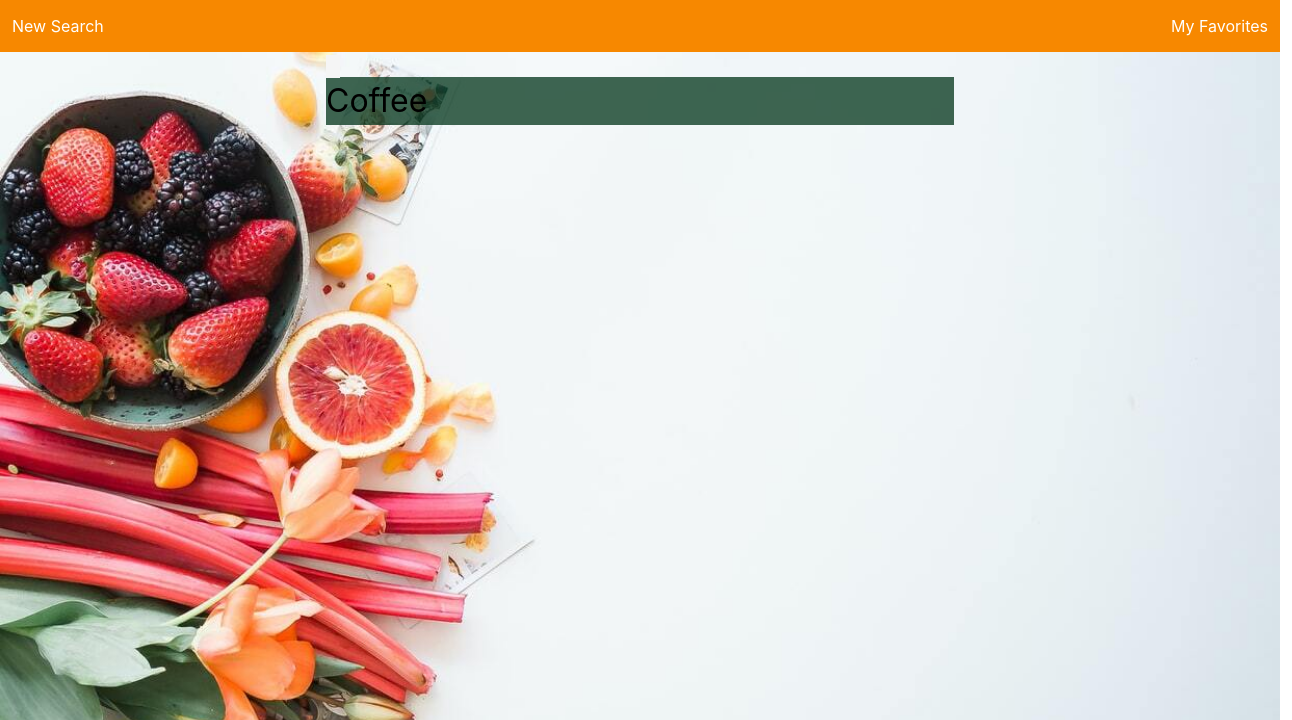
Repository: puakehaulani/the-hungry-app-proj1
Page: results.html
An editor plug-in stored every save of this project. The page is shown before and after the next save, followed by the edit.
The browser window is 1280 px wide. The page is 1292 px wide, so the pictures cover 1292 px, including what lies to the right of the window. The pictures show the whole page.

Above is the page before, as saved 2020-10-15 20:21:33.

### results.html
<!DOCTYPE html>
<html lang="en">

<head>
    <meta charset="UTF-8">
    <meta name="viewport" content="width=device-width, initial-scale=1.0">
    <title>Hungry app</title>
    <link rel="stylesheet" href="https://cdn.jsdelivr.net/npm/bulma@0.9.1/css/bulma.min.css">
    <link rel="stylesheet" href="./assets/style/style.css">
    <meta name="viewport" content="width=device-width, initial-scale=1">
</head>

<body>
  <nav class="navbar" role="navigation" aria-label="main navigation">
    <div class="navbar-menu">
        <div class="navbar-item">
            <a href="index.html">New Search</a>
        </div>
    </div>

    <div class="navbar-end">
        <div class="navbar-item">
            <a href="favorites.html">My Favorites </a>
        </div>

    </div>
</nav>
      <body>

        <div class="columns is-mobile is-centered">
            <div class="column is-half">
              <p class="bd-notification is-primary">
                <code class="html"></code><br>
          <ul id="display">
          <li>Coffee</li>
          </ul>
        </div>
        </p>
            </div>
            </div>

</body>

</html>

### assets/style/style.css

html{
    background-image: url(images/foodOnSIde.jpg);
    background-size: cover;
    background-repeat: no-repeat;
}

.navbar{
    background-color: #F78800;
}

.navbar-item{
    color: white;
}

.navbar-item a{
    color: white;
}

.button{
    background-color: #f78800;
    color: white;
}

#ingredientSearch{
    display: inline-block;
}

th{
    background-color: #f78800;
    color: white !important;
}

/* Elements that only exist on results html*/

#favRecipes{
    min-height: 300px;
    color: black;
    background-color: white;
    border-style: solid;
    border-width: 2px;
    border-radius: 15px;
    border-color: #F78800;
}

#favRecipes h1{
    background-color: #F78800;
    font-size: 2rem;
    color: white;
    border-radius: 10px;
}

#favJokes{
    min-height: 300px;
    color: black;
    background-color: white;
    border-style: solid;
    border-width: 2px;
    border-radius: 15px;
    border-color: #F78800;
}

#favJokes h1{
    background-color: #F78800;
    font-size: 2rem;
    color: white;
    border-radius: 10px;


}
  #display { background-color:rgba(0, 51, 25, 0.75);
            font-size: 2rem;
            color: #000000;
            min-height: 25px;
}

After the next save:
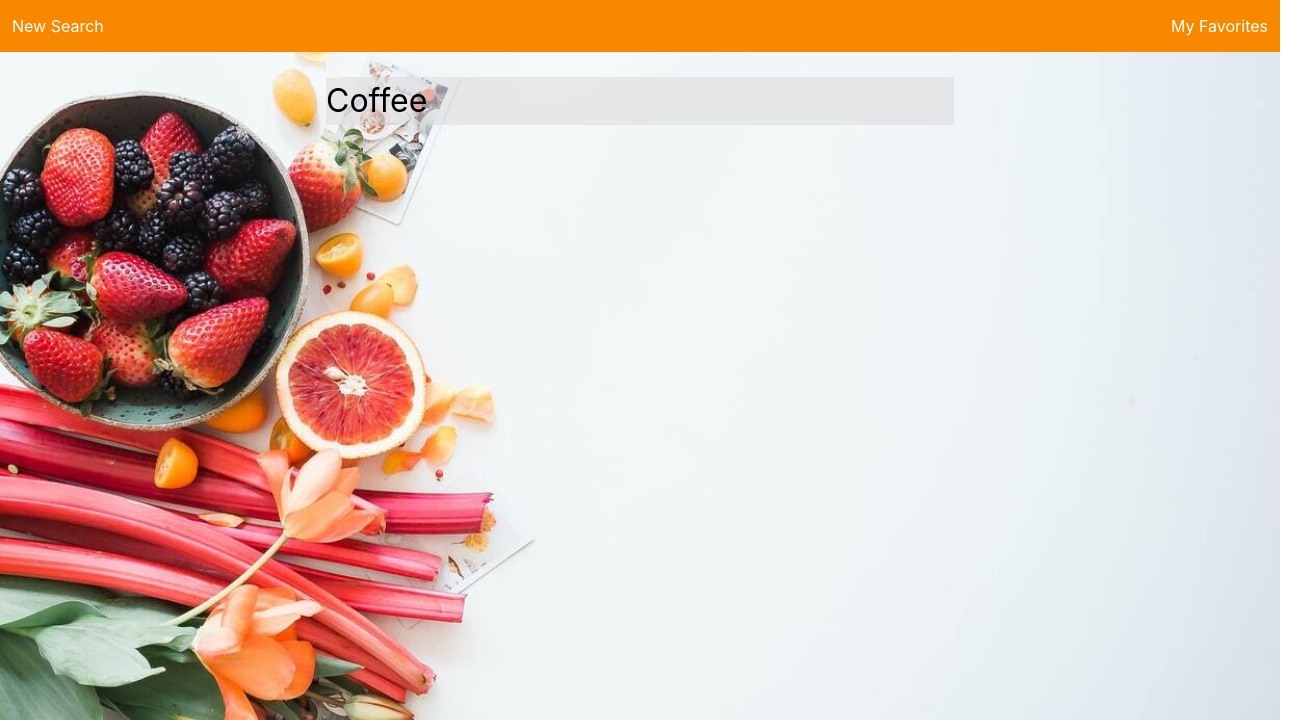
Saved 86 s later.
--- a/assets/style/style.css
+++ b/assets/style/style.css
@@ -68,7 +68,7 @@ th{
 
 
 }
-  #display { background-color:rgba(0, 51, 25, 0.75);
+  #display { background-color:rgba(219, 215, 217, 0.50);
             font-size: 2rem;
             color: #000000;
             min-height: 25px;
